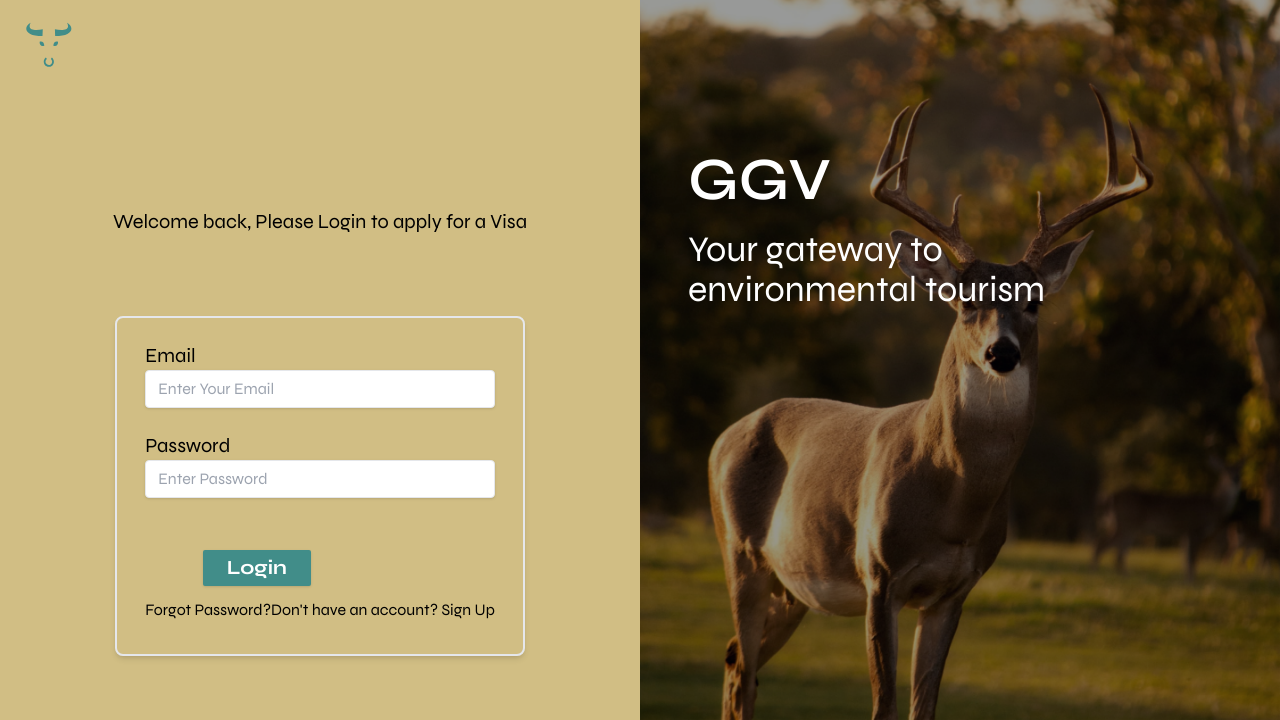
Repository: EngrAhmadUmar/landing-page
Page: /login
The author's editor kept a copy of each file at every save. The page is drawn from the files as they stood at one save, then again after the next save.
The browser window is 1280 px wide. The pictures show the whole page.
The project was rebuilt for these pictures with package versions that can differ from the ones it lists, and the page was loaded fresh each time. The framework's server and built-in components were replaced by stand-ins that run in the browser. Also part of the build but not shown: next.config.js, styles/Home.module.css, src/Components/ApplyPageComponents/ApplyForm.jsx, src/Components/ApplyPageComponents/RegisterForm.jsx.

Above is the page before, as saved 2022-07-08 15:20:19.

After the next save:
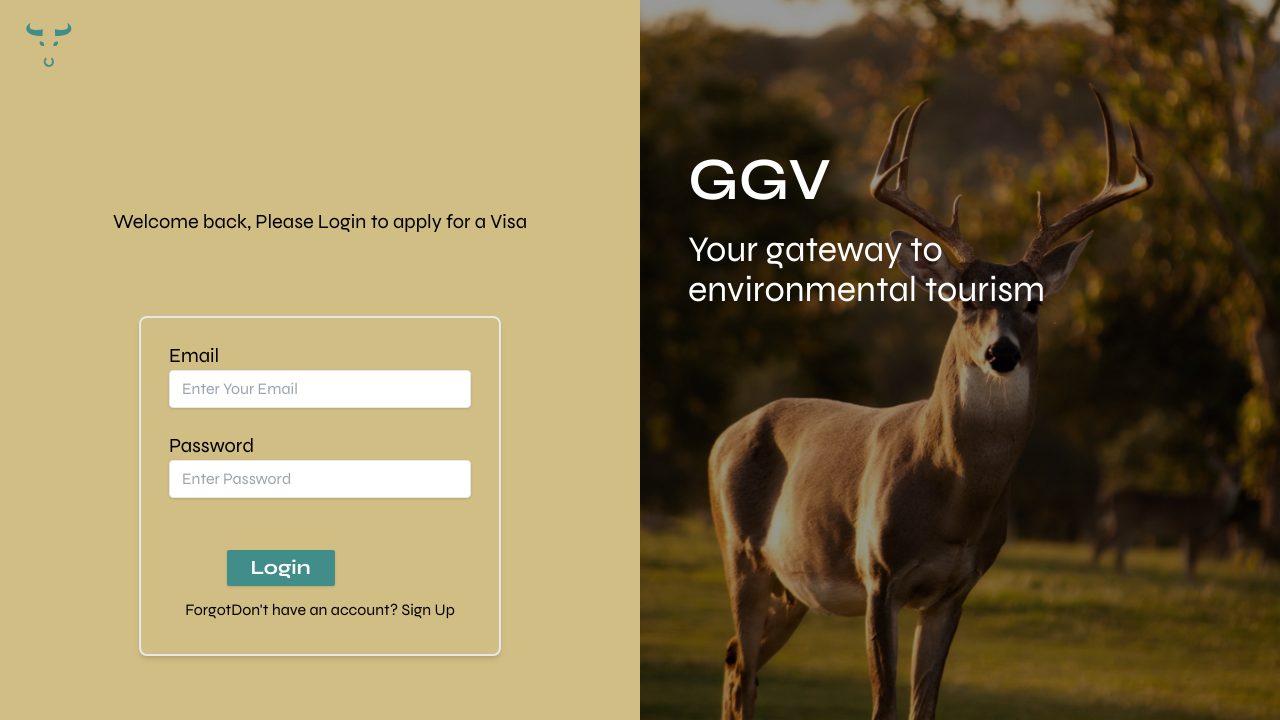
Saved 35 s later.
--- a/src/Components/ApplyPageComponents/LoginForm.jsx
+++ b/src/Components/ApplyPageComponents/LoginForm.jsx
@@ -93,7 +93,7 @@ const Login = () => {
               <FormButton buttonInfo={loading ? "Sending" : "Login"} />
             </div>
             <div className="flex justify-center items-center">
-              <h3>Forgot Password?</h3>
+              <h3>Forgot</h3>
               <h3>Don't have an account? Sign Up</h3>
             </div>
           </form>
